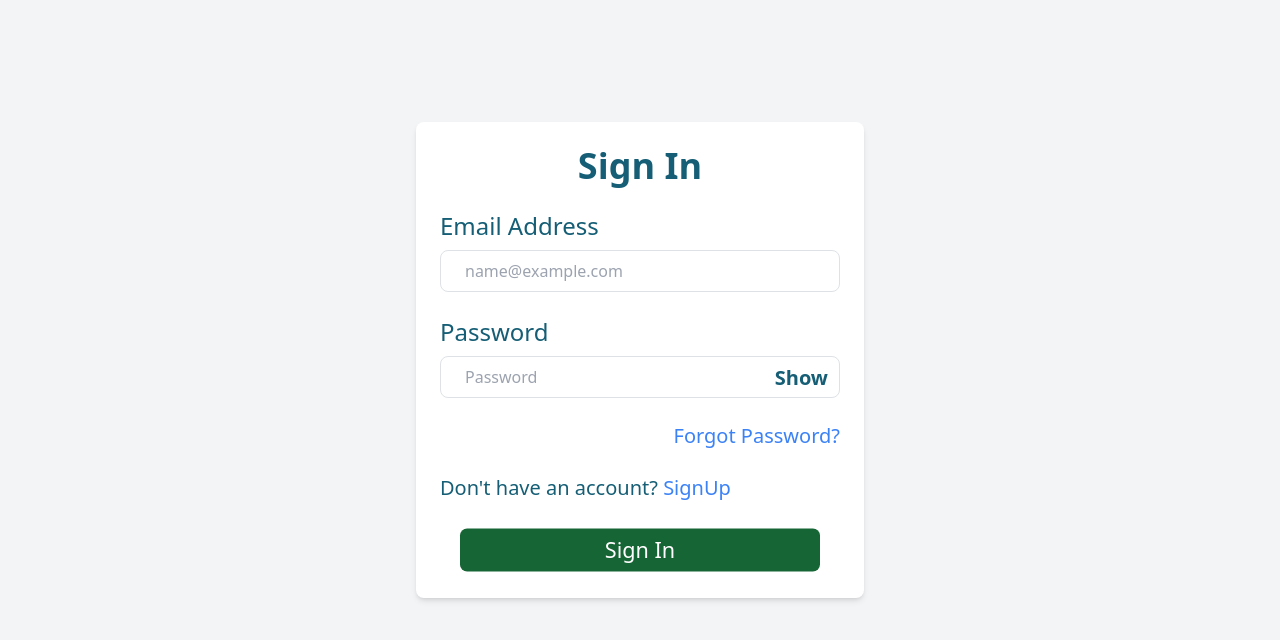
Repository: sayyad-mukthumsa-123/Movie-Verse
Page: /login (app in frontend/)
An editor plug-in stored every save of this project. The page is shown before and after the next save, followed by the edit.
The browser window is 1280 px wide. The pictures show the whole page.
The page's requests for data from a server got no answer. The project was rebuilt for these pictures with package versions that can differ from the ones it lists, and the page was loaded fresh each time. No one was signed in, and anything a server would have sent is missing. Also part of the build but not shown: frontend/src/pages/Home.jsx, frontend/src/components/Navbar.jsx, frontend/src/components/Cards.jsx, frontend/src/pages/Home_Login.jsx, frontend/src/components/AvatarSelection.jsx, frontend/src/pages/Register.jsx, frontend/src/pages/MovieDetail.jsx, frontend/src/components/SearchBar.jsx and 13 more.

Above is the page before, as saved 2025-01-23 22:58:17.

### frontend/public/index.html
<!DOCTYPE html>
<html lang="en">

<head>
  <meta charset="utf-8" />
  <link rel="icon" href="%PUBLIC_URL%/favicon.ico" />
  <meta name="viewport" content="width=device-width, initial-scale=1" />
  <meta name="theme-color" content="#000000" />
  <meta name="description" content="Web site created using create-react-app" />
  <link rel="apple-touch-icon" href="%PUBLIC_URL%/logo192.png" />
  <!--
      manifest.json provides metadata used when your web app is installed on a
      user's mobile device or desktop. See https://developers.google.com/web/fundamentals/web-app-manifest/
    -->
  <link rel="manifest" href="%PUBLIC_URL%/manifest.json" />
  <link rel="stylesheet" href="https://cdn.jsdelivr.net/npm/bootstrap@5.3.2/dist/css/bootstrap.min.css"
    integrity="sha384-T3c6CoIi6uLrA9TneNEoa7RxnatzjcDSCmG1MXxSR1GAsXEV/Dwwykc2MPK8M2HN" crossorigin="anonymous" />
  <!--
      Notice the use of %PUBLIC_URL% in the tags above.
      It will be replaced with the URL of the `public` folder during the build.
      Only files inside the `public` folder can be referenced from the HTML.

      Unlike "/favicon.ico" or "favicon.ico", "%PUBLIC_URL%/favicon.ico" will
      work correctly both with client-side routing and a non-root public URL.
      Learn how to configure a non-root public URL by running `npm run build`.
    -->
  <title>MovieVerse</title>
</head>

<body>
  <noscript>You need to enable JavaScript to run this app.</noscript>
  <div id="root"></div>
  <!--
      This HTML file is a template.
      If you open it directly in the browser, you will see an empty page.

      You can add webfonts, meta tags, or analytics to this file.
      The build step will place the bundled scripts into the <body> tag.

      To begin the development, run `npm start` or `yarn start`.
      To create a production bundle, use `npm run build` or `yarn build`.
    -->
</body>

</html>

### frontend/src/index.css
/* body {
  margin: 0;
  font-family: -apple-system, BlinkMacSystemFont, 'Segoe UI', 'Roboto', 'Oxygen',
    'Ubuntu', 'Cantarell', 'Fira Sans', 'Droid Sans', 'Helvetica Neue',
    sans-serif;
  -webkit-font-smoothing: antialiased;
  -moz-osx-font-smoothing: grayscale;
}

code {
  font-family: source-code-pro, Menlo, Monaco, Consolas, 'Courier New',
    monospace;
} */


/* @tailwind base;
@tailwind components;
@tailwind utilities; */


/* @import "tailwindcss/base";
@import "tailwindcss/components";
@import "tailwindcss/utilities"; */


/* src/index.css */
@tailwind base;
@tailwind components;
@tailwind utilities;

### frontend/src/pages/Login.jsx
// // // import React, { useState } from 'react';
// // // import Button from 'react-bootstrap/Button';
// // // import { Link, useNavigate } from 'react-router-dom';
// // // import { ToastContainer, toast } from 'react-toastify';
// // // import 'react-toastify/dist/ReactToastify.css';
// // // import "../Styles/Login.css";

// // // const Login = () => {
// // //     const [email, setEmail] = useState('');
// // //     const [password, setPassword] = useState('');
// // //     const [passwordVisible, setPasswordVisible] = useState(false);
// // //     const navigate = useNavigate();

// // //     const togglePasswordVisibility = () => {
// // //         setPasswordVisible(!passwordVisible);
// // //     };

// // //     const handleSubmit = async (event) => {
// // //         event.preventDefault();

// // //         if (!email || !password) {
// // //             toast.error('Please fill in all fields.');
// // //             return;
// // //         }

// // //         if (!/\S+@\S+\.\S+/.test(email)) {
// // //             toast.error('Please provide a valid email.');
// // //             return;
// // //         }

// // //         try {
// // //             const response = await fetch('http://localhost:5000/login',
// // //             // const response = await fetch('https://movieverse-backend.onrender.com/login',
// // //                 {
// // //                 method: 'POST',
// // //                 headers: {
// // //                     'Content-Type': 'application/json',
// // //                 },
// // //                 body: JSON.stringify({ Email: email, Password: password }),
// // //             });

// // //             const data = await response.json();

// // //             if (response.ok) {
// // //                 console.log('Sign in successful:', data);
// // //                 localStorage.setItem('token', data.token); // Save token to local storage
// // //                 navigate('/home_login');
// // //                 toast.success('Sign in successful!');
// // //             } else {
// // //                 toast.error(data.msg || 'Invalid email or password.');
// // //             }
// // //         } catch (error) {
// // //             toast.error('An error occurred. Please try again later.');
// // //             console.error('Error:', error);
// // //         }
// // //     };

// // //     return (
// // //         <div className="container">
// // //             <div className="row">
// // //                 <div className="col-sm-9 col-md-7 col-lg-5 mx-auto">
// // //                     <div className="card border-0 shadow rounded-3 my-5">
// // //                         <div className="card-body p-4 p-sm-5">
// // //                             <h1 className="card-title text-center mb-5">Sign In</h1>
// // //                             <form onSubmit={handleSubmit}>
// // //                                 <div className="form-floating mb-3">
// // //                                     <input
// // //                                         type="email"
// // //                                         className="form-control"
// // //                                         id="floatingInput"
// // //                                         placeholder="name@example.com"
// // //                                         value={email}
// // //                                         onChange={(e) => setEmail(e.target.value)}
// // //                                     />
// // //                                     <label htmlFor="floatingInput">Email address</label>
// // //                                 </div>
// // //                                 <div className="form-floating mb-3 position-relative">
// // //                                     <input
// // //                                         type={passwordVisible ? "text" : "password"}
// // //                                         className="form-control"
// // //                                         id="floatingPassword"
// // //                                         placeholder="Password"
// // //                                         value={password}
// // //                                         onChange={(e) => setPassword(e.target.value)}
// // //                                     />
// // //                                     <label htmlFor="floatingPassword">Password</label>
// // //                                     <button
// // //                                         type="button"
// // //                                         className="btn position-absolute top-50 end-0 translate-middle-y"
// // //                                         onClick={togglePasswordVisibility}
// // //                                         style={{ padding: '0.375rem 0.75rem', border: 'none', cursor: 'pointer' }}
// // //                                     >
// // //                                         {passwordVisible ? 'Hide' : 'Show'}
// // //                                     </button>
// // //                                 </div>
// // //                                 <span>
// // //                                     Don't have an account?
// // //                                     <Link to="/register" className='link-signup'>
// // //                                         Sign Up
// // //                                     </Link>
// // //                                 </span>
// // //                                 <div className="d-grid">
// // //                                     <Button variant="outline-info" className='submit' type="submit">Sign In</Button>
// // //                                 </div>
// // //                             </form>
// // //                         </div>
// // //                     </div>
// // //                 </div>
// // //             </div>
// // //             <ToastContainer />
// // //         </div>
// // //     );
// // // };

// // // export default Login;



// // // //for route only after auth



// // import React, { useEffect, useState } from "react";
// // import Button from "react-bootstrap/Button";
// // import { Link, useNavigate } from "react-router-dom";
// // import { ToastContainer, toast } from "react-toastify";
// // import "react-toastify/dist/ReactToastify.css";
// // // import "../Styles/Login.css";

// // const Login = () => {
// //   const [email, setEmail] = useState('');
// //   const [password, setPassword] = useState('');
// //   const [passwordVisible, setPasswordVisible] = useState(false);
// //   const navigate = useNavigate();

// //   useEffect(() => {
// //     const token = localStorage.getItem("token");
// //     if (token) {
// //       navigate("/home_login"); // Redirect if already logged in
// //     }
// //   }, [navigate]);

// //   const togglePasswordVisibility = () => {
// //     setPasswordVisible(!passwordVisible);
// //   };

// //   // const handleSubmit = async (event) => {
// //   //   event.preventDefault();

// //   //   if (!email || !password) {
// //   //     toast.error('Please fill in all fields.');
// //   //     return;
// //   //   }

// //   //   if (!/\S+@\S+\.\S+/.test(email)) {
// //   //     toast.error('Please provide a valid email.');
// //   //     return;
// //   //   }

// //   //   try {
// //   //     const response = await fetch('http://localhost:5000/login', {
// //   //       method: 'POST',
// //   //       headers: {
// //   //         'Content-Type': 'application/json',
// //   //       },
// //   //       body: JSON.stringify({ Email: email, Password: password }),
// //   //     });

// //   //     const data = await response.json();

// //   //     if (response.ok) {
// //   //       console.log('Sign in successful:', data);
// //   //       localStorage.setItem('token', data.token); // Save token to local storage
// //   //       navigate('/home_login');
// //   //       toast.success('Sign in successful!');
// //   //     } else {
// //   //       toast.error(data.msg || 'Invalid email or password.');
// //   //     }
// //   //   } catch (error) {
// //   //     toast.error('An error occurred. Please try again later.');
// //   //     console.error('Error:', error);
// //   //   }
// //   // };


// //   ////profile-get
// //   const handleSubmit = async (event) => {
// //     event.preventDefault();

// //     if (!email || !password) {
// //       toast.error('Please fill in all fields.');
// //       return;
// //     }

// //     if (!/\S+@\S+\.\S+/.test(email)) {
// //       toast.error('Please provide a valid email.');
// //       return;
// //     }

// //     try {
// //       const response = await fetch('http://localhost:5000/login', {
// //         method: 'POST',
// //         headers: {
// //           'Content-Type': 'application/json',
// //         },
// //         body: JSON.stringify({ Email: email, Password: password }),
// //       });

// //       const data = await response.json();

// //       if (response.ok) {
// //         console.log('Sign in successful:', data);

// //         // Save token and email to localStorage
// //         localStorage.setItem('token', data.token);
// //         localStorage.setItem('email', email); // Save email to localStorage

// //         navigate('/home_login');
// //         toast.success('Sign in successful!');
// //       } else {
// //         toast.error(data.msg || 'Invalid email or password.');
// //       }
// //     } catch (error) {
// //       toast.error('An error occurred. Please try again later.');
// //       console.error('Error:', error);
// //     }
// //   };

// //   /////
// //   return (
// //     <div className="container">
// //       <div className="row">
// //         <div className="col-sm-9 col-md-7 col-lg-5 mx-auto">
// //           <div className="card border-0 shadow rounded-3 my-5">
// //             <div className="card-body p-4 p-sm-5">
// //               <h1 className="card-title text-center mb-5">Sign In</h1>
// //               <form onSubmit={handleSubmit}>
// //                 <div className="form-floating mb-3">
// //                   <input
// //                     type="email"
// //                     className="form-control"
// //                     id="floatingInput"
// //                     placeholder="name@example.com"
// //                     value={email}
// //                     onChange={(e) => setEmail(e.target.value)}
// //                   />
// //                   <label htmlFor="floatingInput">Email address</label>
// //                 </div>
// //                 <div className="form-floating mb-3 position-relative">
// //                   <input
// //                     type={passwordVisible ? "text" : "password"}
// //                     className="form-control"
// //                     id="floatingPassword"
// //                     placeholder="Password"
// //                     value={password}
// //                     onChange={(e) => setPassword(e.target.value)}
// //                   />
// //                   <label htmlFor="floatingPassword">Password</label>
// //                   <button
// //                     type="button"
// //                     className="btn position-absolute top-50 end-0 translate-middle-y"
// //                     onClick={togglePasswordVisibility}
// //                     style={{ padding: '0.375rem 0.75rem', border: 'none', cursor: 'pointer' }}
// //                   >
// //                     {passwordVisible ? 'Hide' : 'Show'}
// //                   </button>
// //                 </div>
// //                 <span>
// //                   Don't have an account?
// //                   <Link to="/register" className="link-signup">Sign Up</Link>
// //                 </span>
// //                 <div className="d-grid">
// //                   <Button variant="outline-info" className="submit" type="submit">Sign In</Button>
// //                 </div>
// //               </form>
// //             </div>
// //           </div>
// //         </div>
// //       </div>
// //       <ToastContainer />
// //     </div>
// //   );
// // };

// // export default Login;


// //css
// import React, { useEffect, useState } from "react";
// import { Link, useNavigate } from "react-router-dom";
// import { ToastContainer, toast } from "react-toastify";
// import "react-toastify/dist/ReactToastify.css";

// const Login = () => {
//   const [email, setEmail] = useState("");
//   const [password, setPassword] = useState("");
//   const [passwordVisible, setPasswordVisible] = useState(false);
//   const navigate = useNavigate();

//   useEffect(() => {
//     const token = localStorage.getItem("token");
//     if (token) {
//       navigate("/home_login"); // Redirect if already logged in
//     }
//   }, [navigate]);

//   const togglePasswordVisibility = () => {
//     setPasswordVisible(!passwordVisible);
//   };

//   const handleSubmit = async (event) => {
//     event.preventDefault();

//     if (!email || !password) {
//       toast.error("Please fill in all fields.");
//       return;
//     }

//     if (!/\S+@\S+\.\S+/.test(email)) {
//       toast.error("Please provide a valid email.");
//       return;
//     }

//     try {
//       const response = await fetch("http://localhost:5000/login", {
//         method: "POST",
//         headers: {
//           "Content-Type": "application/json",
//         },
//         body: JSON.stringify({ Email: email, Password: password }),
//       });

//       const data = await response.json();

//       if (response.ok) {
//         localStorage.setItem("token", data.token);
//         localStorage.setItem("email", email);
//         navigate("/home_login");
//         toast.success("Sign in successful!");
//       } else {
//         toast.error(data.msg || "Invalid email or password.");
//       }
//     } catch (error) {
//       toast.error("An error occurred. Please try again later.");
//       console.error("Error:", error);
//     }
//   };

//   return (
//     <div className="flex items-center justify-center min-h-screen bg-gray-100">
//       <div className="w-full max-w-md bg-white rounded-lg shadow-md p-6">
//         <h1 className="text-4xl font-bold text-cyan-800 text-center mb-6">Sign In</h1>
//         <form onSubmit={handleSubmit}>
//           <div className="mb-4">
//             <label htmlFor="email" className="block text-2xl mb-2 font-medium text-cyan-800">
//               Email Address
//             </label>
//             <input
//               type="email"
//               id="email"
//               className="w-full px-4 py-2 border rounded-lg focus:outline-none focus:ring focus:ring-cyan-800"
//               placeholder="name@example.com"
//               value={email}
//               onChange={(e) => setEmail(e.target.value)}
//             />
//           </div>
//           <div className="mb-4 relative">
//             <label htmlFor="password" className="block text-2xl mb-2 font-medium text-cyan-800">
//               Password
//             </label>
//             <input
//               type={passwordVisible ? "text" : "password"}
//               id="password"
//               className="w-full px-4 py-2 border rounded-lg focus:outline-none focus:ring focus:ring-cyan-800"
//               placeholder="Password"
//               value={password}
//               onChange={(e) => setPassword(e.target.value)}
//             />
//             <button
//               type="button"
//               className="absolute  top-11 right-3  text-xl text-cyan-800  focus:outline-none"
//               onClick={togglePasswordVisibility}
//             >
//               {passwordVisible ? "Hide" : "Show"}
//             </button>
//           </div>
//           <div className="text-sm text-right mb-4">
//             <button
//               type="button"
//               className="text-blue-500 hover:underline focus:outline-none"
//               onClick={() => navigate(`/reset-password/${email}`)}
//             >
//               Forgot Password?
//             </button>

//           </div>
//           <div className="text-sm mb-4">
//             Don't have an account?{" "}
//             <Link to="/register" className="text-blue-500 hover:underline">
//               Sign Up
//             </Link>
//           </div>
//           <button
//             type="submit"
//             className="w-full bg-blue-500 text-white py-2 px-4 rounded-lg hover:bg-blue-600 focus:outline-none focus:ring focus:ring-blue-300"
//           >
//             Sign In
//           </button>
//         </form>
//       </div>
//       <ToastContainer />
//     </div>
//   );
// };

// export default Login;


//forget-pwd
import React, { useEffect, useState } from "react";
import { Link, useNavigate } from "react-router-dom";
import { ToastContainer, toast } from "react-toastify";
import "react-toastify/dist/ReactToastify.css";

const Login = () => {
  const [email, setEmail] = useState("");
  const [password, setPassword] = useState("");
  const [passwordVisible, setPasswordVisible] = useState(false);
  const navigate = useNavigate();

  useEffect(() => {
    const token = localStorage.getItem("token");
    if (token) {
      navigate("/home_login"); // Redirect if already logged in
    }
  }, [navigate]);

  const togglePasswordVisibility = () => {
    setPasswordVisible(!passwordVisible);
  };

  const handleSubmit = async (event) => {
    event.preventDefault();

    if (!email || !password) {
      toast.error("Please fill in all fields.");
      return;
    }

    if (!/\S+@\S+\.\S+/.test(email)) {
      toast.error("Please provide a valid email.");
      return;
    }

    try {
      const response = await fetch("http://localhost:5000/login", {
        method: "POST",
        headers: {
          "Content-Type": "application/json",
        },
        body: JSON.stringify({ Email: email, Password: password }),
      });

      const data = await response.json();

      if (response.ok) {
        localStorage.setItem("token", data.token);
        localStorage.setItem("email", email);
        navigate("/home_login");
        toast.success("Sign in successful!");
      } else {
        toast.error(data.msg || "Invalid email or password.");
      }
    } catch (error) {
      toast.error("An error occurred. Please try again later.");
      console.error("Error:", error);
    }
  };

  const handleForgotPassword = () => {
    if (!email) {
      toast.error("Please enter your email to reset the password.");
      return;
    }
    navigate(`/reset-password/${email}`);
  };

  return (
    <div className="flex items-center justify-center min-h-screen bg-gray-100">
      <div className="w-full max-w-md bg-white rounded-lg shadow-md p-6">
        <h1 className="text-4xl font-bold text-cyan-800 text-center mb-6">Sign In</h1>
        <form onSubmit={handleSubmit}>
          <div className="mb-4">
            <label htmlFor="email" className="block text-2xl mb-2 font-medium text-cyan-800">
              Email Address
            </label>
            <input
              type="email"
              id="email"
              className="w-full px-4 py-2 border rounded-lg focus:outline-none focus:ring focus:ring-cyan-800"
              placeholder="name@example.com"
              value={email}
              onChange={(e) => setEmail(e.target.value)}
            />
          </div>
          <div className="mb-4 relative">
            <label htmlFor="password" className="block text-2xl mb-2 font-medium text-cyan-800">
              Password
            </label>
            <input
              type={passwordVisible ? "text" : "password"}
              id="password"
              className="w-full px-4 py-2 border rounded-lg focus:outline-none focus:ring focus:ring-cyan-800"
              placeholder="Password"
              value={password}
              onChange={(e) => setPassword(e.target.value)}
            />
            <button
              type="button"
              className="absolute top-12 right-3 text-xl font-semibold text-cyan-800 focus:outline-none"
              onClick={togglePasswordVisibility}
            >
              {passwordVisible ? "Hide" : "Show"}
            </button>
          </div>
          <div className="text-sm text-right mb-4">
            <button
              type="button"
              className="text-blue-500 text-xl hover:underline focus:outline-none hover:scale-105 transition-transform"
              onClick={handleForgotPassword}
            >
              Forgot Password?
            </button>
          </div>
          <div className="text-xl mb-4 text-cyan-800">
            Don't have an account?{" "}
            <Link to="/register" className="inline-block text-blue-500 hover:underline hover:scale-105 transition-transform">
              SignUp
            </Link>
          </div>
          <button
            type="submit"
            className="w-full scale-90 bg-green-800 text-2xl text-white py-2 px-4 rounded-lg hover:bg-green-700 focus:outline-none hover:scale-100 transition-transform"
          >
            Sign In
          </button>
        </form>
      </div>
      <ToastContainer />
    </div>
  );
};

export default Login;


//forget pwd not working with alredy defined component
//create new forgot password component

### frontend/tailwind.config.js
module.exports = {
  content: [
    "./src/**/*.{js,jsx,ts,tsx}", // Include all source files in the frontend
  ],
  theme: {
    extend: {},
  },
  plugins: [],
};

Loaded but not shown: frontend/src/index.js (common file); frontend/src/reportWebVitals.js (common file); frontend/src/App.js (347 lines, source omitted)

After the next save:
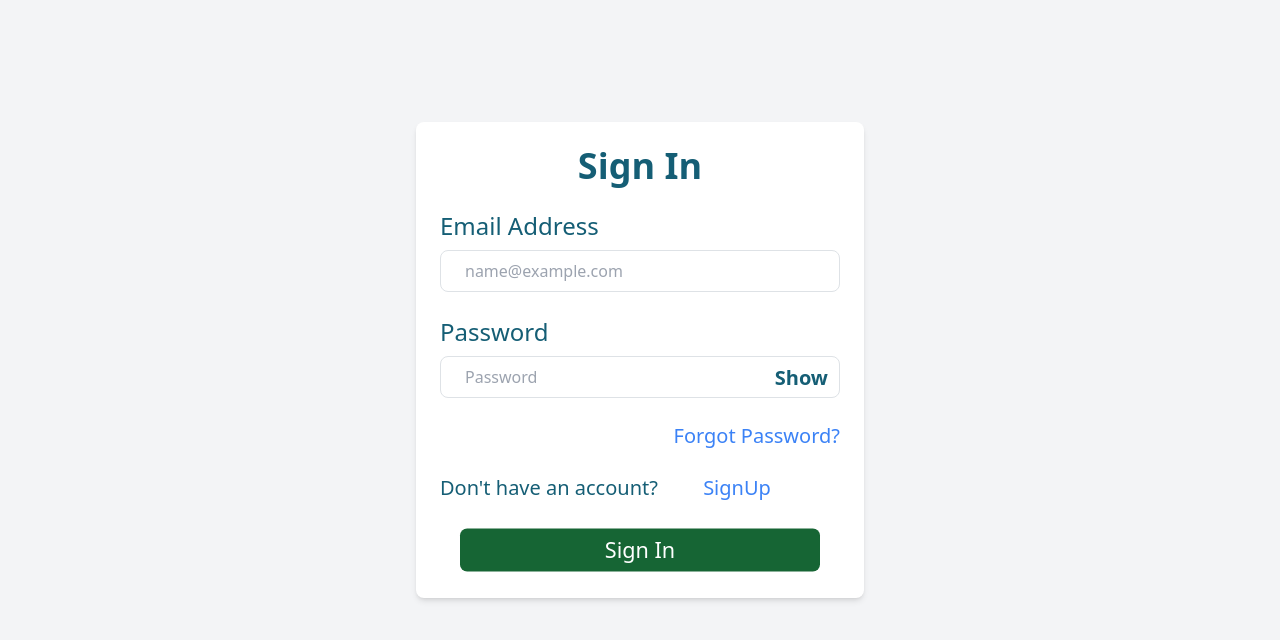
Saved 37 s later.
--- a/frontend/src/pages/Login.jsx
+++ b/frontend/src/pages/Login.jsx
@@ -534,7 +534,7 @@ const Login = () => {
           </div>
           <div className="text-xl mb-4 text-cyan-800">
             Don't have an account?{" "}
-            <Link to="/register" className="inline-block text-blue-500 hover:underline hover:scale-105 transition-transform">
+            <Link to="/register" className="inline-block mx-10 text-blue-500 hover:underline hover:scale-105 transition-transform">
               SignUp
             </Link>
           </div>
